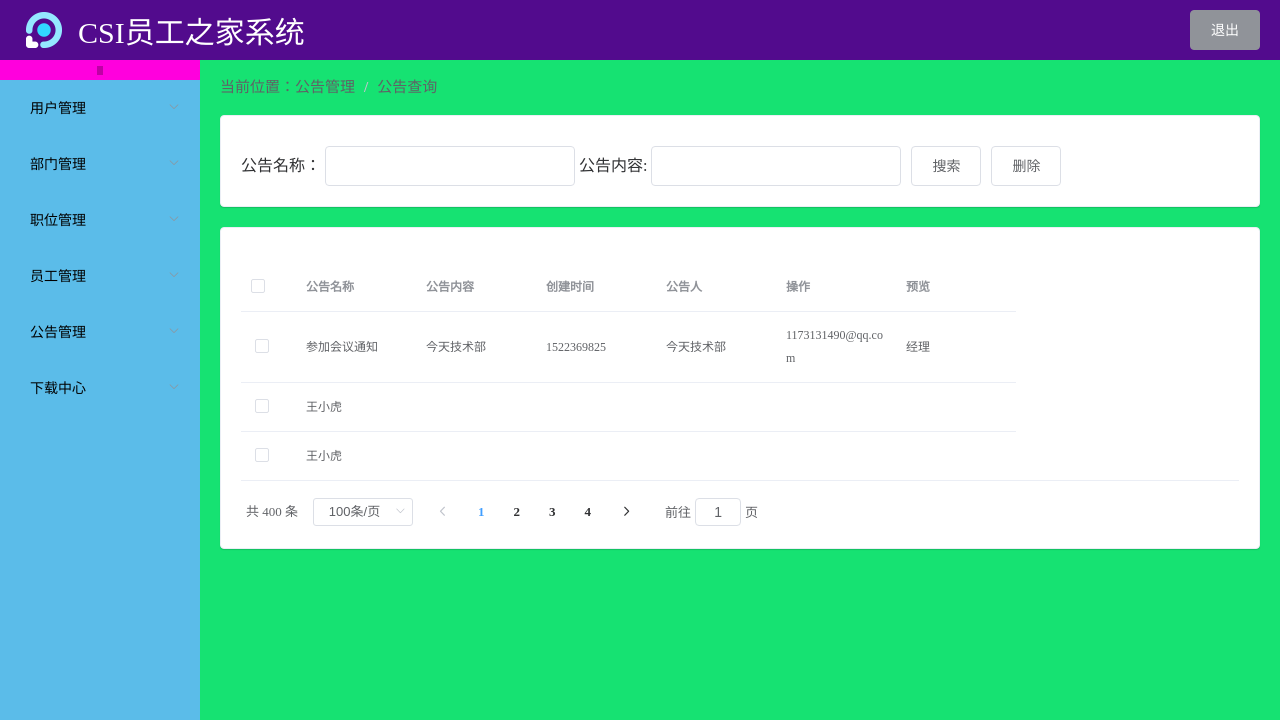
Repository: YUNjwyao/vue_hrm
Page: /#/notice
An editor plug-in stored every save of this project. The page is shown before and after the next save, followed by the edit.
The browser window is 1280 px wide. The pictures show the whole page.
The project was rebuilt for these pictures with package versions that can differ from the ones it lists, and the page was loaded fresh each time. Also part of the build but not shown: src/components/Login.vue, src/components/Face/Face.vue, src/components/Employee/EmployeeQuery.vue, src/components/Employee/ShowAddEmployee.vue, src/components/Employee/ShowUpdateEmployee.vue, src/components/Notice/ShowUpdateNotice.vue, src/components/Notice/ShowAddNotice.vue, src/components/Document/Document.vue and 2 more.

Above is the page before, as saved 2020-10-16 10:58:28.

After the next save:
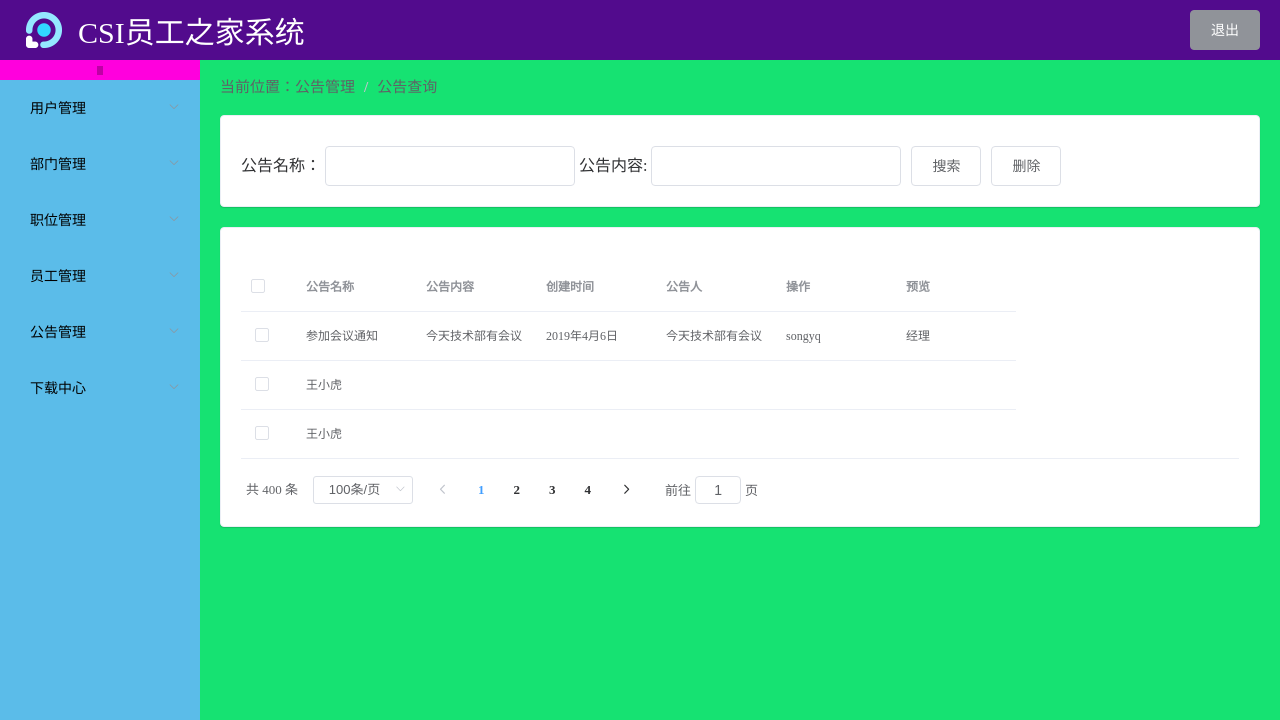
Saved 46 s later.
--- a/src/components/Notice/Notice.vue
+++ b/src/components/Notice/Notice.vue
@@ -90,9 +90,9 @@ export default {
       tableData: [
         {
           name: "参加会议通知",
-          sex: "今天技术部",
-          phone: "1522369825",
-          email: "1173131490@qq.com",
+          sex: "今天技术部有会议",
+          phone: "2019年4月6日",
+          email: "songyq",
           job: "经理",
           education: "本科",
           IdNumber: "500213213123",
